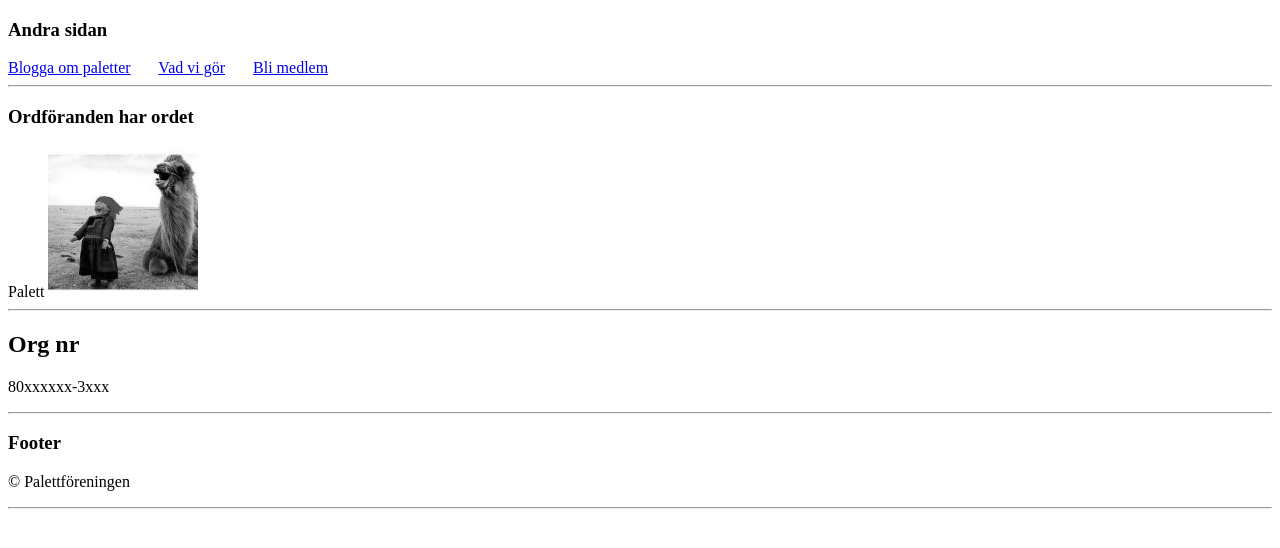
Repository: Webutveckling-20-21/Uppgift-1
Page: verksamheten.html
The author's editor kept a copy of each file at every save. The page is drawn from the files as they stood at one save, then again after the next save.
The browser window is 1280 px wide. The pictures show the whole page.

Above is the page before, as saved 2021-09-07 12:01:59.

### verksamheten.html
<!-- Här alla måsten i huvudet såsom språk och språkkodning mm -->
<!DOCTYPE html>
<html lang="sv">


<head>
    <meta charset="UTF-8">
    <meta name="viewport" content="width=device-width, initial-scale=1.0">
    <title>verksamheten</title>
</head>

<body>
    <header>
        <h3>Andra sidan</h3>
        <!-- Här läggs alla länkar-->
        <a href="blogg.html">Blogga om paletter</a>&nbsp;&nbsp;&nbsp;&nbsp;&nbsp;&nbsp;
        <a href="verksamheten.html">Vad vi gör</a>&nbsp;&nbsp;&nbsp;&nbsp;&nbsp;&nbsp;
        <a href="medlemskap.html">Bli medlem</a>
    </header>
    <hr>
    <main>
         <article>

            <h3>Ordföranden har ordet</h3>
            Palett

            <img src="images/ordförande pa excursion.jpg" width="150" height="150" alt="Ordförande berättar." >
        </article>

    </main>
    <hr>
    <aside>
        <h2>Org nr</h2>
        <p>80xxxxxx-3xxx</p>





    </aside>
    <hr>
    <footer>

        <h3>Footer</h3>
        <p> &copy; Palettföreningen</p>
    </footer>
    <hr>


</body>

</html>

After the next save:
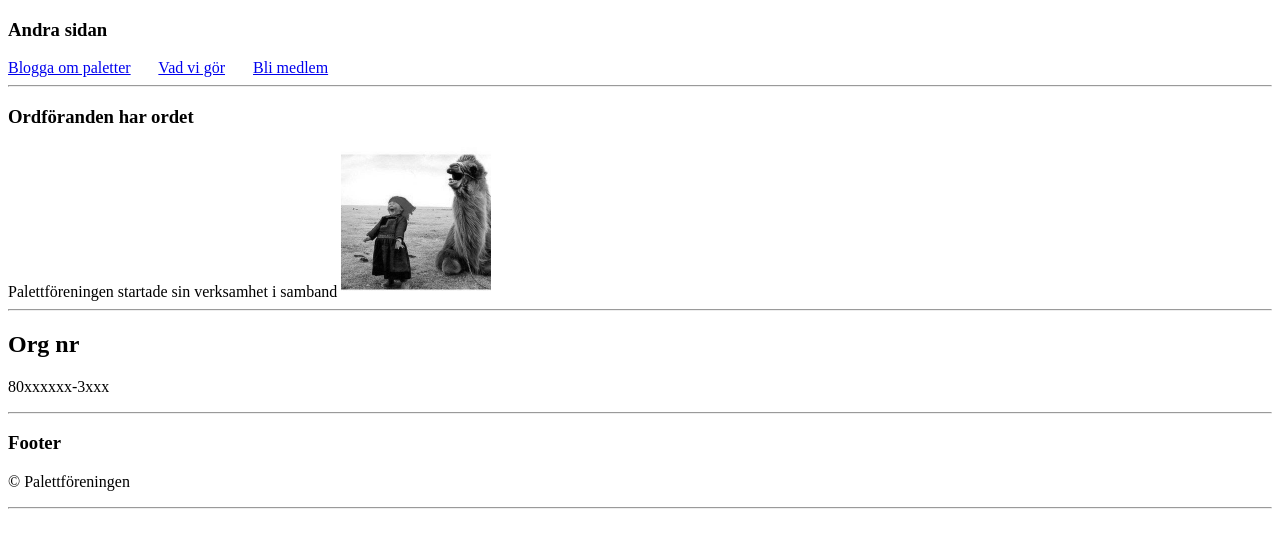
Saved 16 s later.
--- a/verksamheten.html
+++ b/verksamheten.html
@@ -22,7 +22,7 @@
          <article>
 
             <h3>Ordföranden har ordet</h3>
-            Palett
+            Palettföreningen startade sin verksamhet i samband
 
             <img src="images/ordförande pa excursion.jpg" width="150" height="150" alt="Ordförande berättar." >
         </article>
